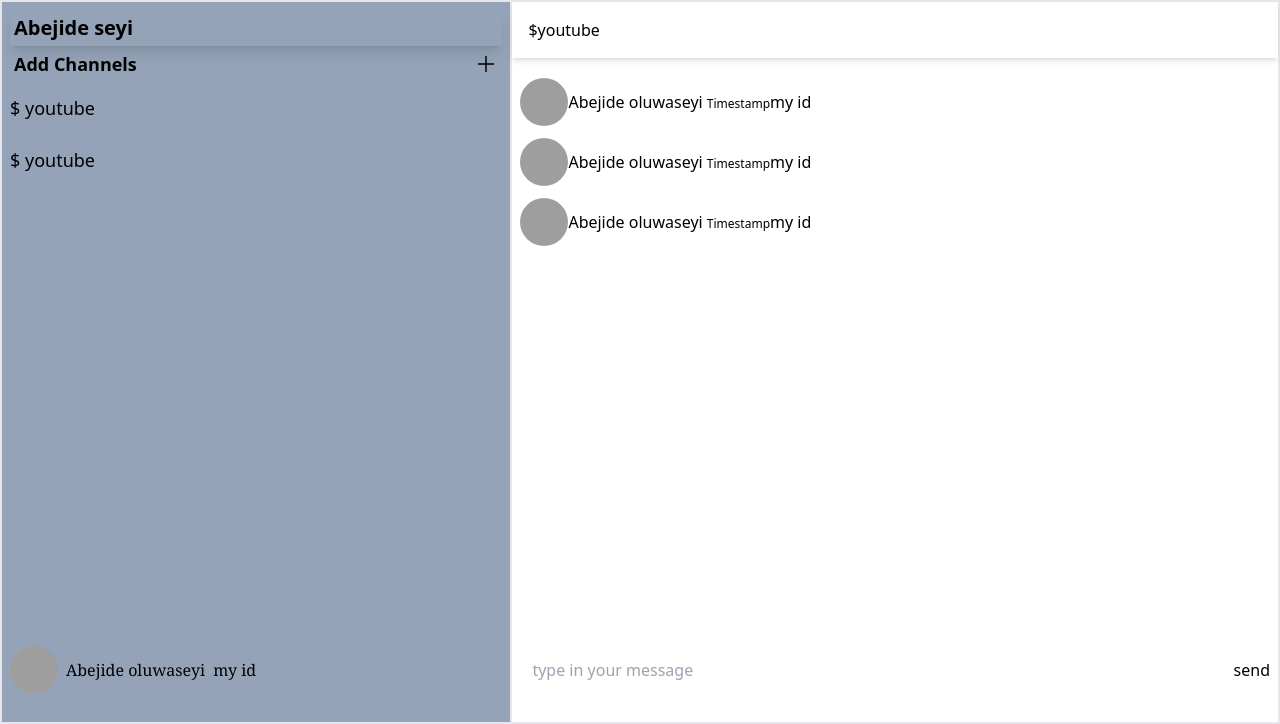
Repository: Semanmernstack/chat-mini
Page: /
An editor plug-in stored every save of this project. The page is shown before and after the next save, followed by the edit.
The browser window is 1280 px wide. The pictures show the whole page.
Pictures or frames that could not be fetched are drawn as grey boxes. The project was rebuilt for these pictures with package versions that can differ from the ones it lists, and the page was loaded fresh each time. Also part of the build but not shown: src/features/counter/Counter.module.css, src/features/counter/Counter.js.

Above is the page before, as saved 2022-11-14 08:21:03.

### src/App.js
import React from 'react';
import logo from './logo.svg';
import { Counter } from './features/counter/Counter';
import Sidebar from './Sidebar';
import Body from './Body';


function App() {
  return (

    <div className="flex     max-w-screen-xl mx-auto border-2">


      <div className=" flex-[0.4] h-screen ">
        <Sidebar/>
      </div>
      <div className=" flex-[0.6] h-screen">
        <Body/>
      </div>
    </div>
  );
}

export default App;

### src/features/counter/counterSlice.js
import { createAsyncThunk, createSlice } from '@reduxjs/toolkit';
import { fetchCount } from './counterAPI';

const initialState = {
  value: 0,
  status: 'idle',
};

// The function below is called a thunk and allows us to perform async logic. It
// can be dispatched like a regular action: `dispatch(incrementAsync(10))`. This
// will call the thunk with the `dispatch` function as the first argument. Async
// code can then be executed and other actions can be dispatched. Thunks are
// typically used to make async requests.
export const incrementAsync = createAsyncThunk(
  'counter/fetchCount',
  async (amount) => {
    const response = await fetchCount(amount);
    // The value we return becomes the `fulfilled` action payload
    return response.data;
  }
);

export const counterSlice = createSlice({
  name: 'counter',
  initialState,
  // The `reducers` field lets us define reducers and generate associated actions
  reducers: {
    increment: (state) => {
      // Redux Toolkit allows us to write "mutating" logic in reducers. It
      // doesn't actually mutate the state because it uses the Immer library,
      // which detects changes to a "draft state" and produces a brand new
      // immutable state based off those changes
      state.value += 1;
    },
    decrement: (state) => {
      state.value -= 1;
    },
    // Use the PayloadAction type to declare the contents of `action.payload`
    incrementByAmount: (state, action) => {
      state.value += action.payload;
    },
  },
  // The `extraReducers` field lets the slice handle actions defined elsewhere,
  // including actions generated by createAsyncThunk or in other slices.
  extraReducers: (builder) => {
    builder
      .addCase(incrementAsync.pending, (state) => {
        state.status = 'loading';
      })
      .addCase(incrementAsync.fulfilled, (state, action) => {
        state.status = 'idle';
        state.value += action.payload;
      });
  },
});

export const { increment, decrement, incrementByAmount } = counterSlice.actions;

// The function below is called a selector and allows us to select a value from
// the state. Selectors can also be defined inline where they're used instead of
// in the slice file. For example: `useSelector((state: RootState) => state.counter.value)`
export const selectCount = (state) => state.counter.value;

// We can also write thunks by hand, which may contain both sync and async logic.
// Here's an example of conditionally dispatching actions based on current state.
export const incrementIfOdd = (amount) => (dispatch, getState) => {
  const currentValue = selectCount(getState());
  if (currentValue % 2 === 1) {
    dispatch(incrementByAmount(amount));
  }
};

export default counterSlice.reducer;

### src/Sidebar.js
import React from 'react'
import Sidebarlist from './app/Sidebarlist'

function Sidebar() {
  return (
    <div className="flex flex-col h-screen bg-slate-400  border-r-2 p-2 mb-4">
        <div className="flex-1"  >
        <div className="shadow-lg p-1 text-xl font-extrabold">
            <h1>Abejide seyi</h1>
        </div>
        <div  className="flex p-1   items-center justify-between">
           <h1 className="text-lg font-bold">Add Channels</h1>
           <svg xmlns="http://www.w3.org/2000/svg" fill="none" viewBox="0 0 24 24" strokeWidth={1.5} stroke="currentColor" className="w-6 h-6 cursor-pointer">
                <path strokeLinecap="round" strokeLinejoin="round" d="M12 4.5v15m7.5-7.5h-15" />
            </svg>
        </div>
        <div  >
        <Sidebarlist/>
        <Sidebarlist/>


        </div>


        </div>
        <div className=" flex items-center space-x-2 mb-5 font-serif">
            <img className="h-12 w-12 rounded-full"   src="https://cdn.pixabay.com/photo/2022/10/17/15/55/meditate-7528123__340.jpg" alt="img" />
            <h3>Abejide oluwaseyi</h3>
            <span>my id</span>
        </div>


    </div>
  )
}

export default Sidebar

### src/Body.js
import React from 'react'
import BodyHeader from './BodyHeader'
import Message from './Message'

function Body() {
  return (
    <div className="flex flex-col h-screen  ">
        <div className="flex-1 ">
        <BodyHeader/>
        <div className="my-3" >
            <Message/>
            <Message/>
            <Message/>
        </div>
        </div>
        <div className="mb-5">
        <form className=" flex p-2 space-x-2 ">
            <input className="flex-1 w-[100%] outline-none p-3 border-none" type="text" placeholder='type in your message' />
            <button>send</button>
        </form>
        </div>
    </div>
  )
}

export default Body

### src/app/Sidebarlist.js
import React from 'react'

function Sidebarlist() {
  return (
    <div className="flex items-center justify-between">
        <h2 className="my-3 text-lg">
         $   <span>youtube</span>
        </h2>
    </div>
  )
}

export default Sidebarlist

### src/BodyHeader.js
import React from 'react'

function BodyHeader() {
  return (
    <div className=" shadow-md mb-5   p-4">


            <h1 >$youtube</h1>





    </div>
  )
}

export default BodyHeader

### src/Message.js
import React from 'react'

function Message() {
  return (
    <div className=" flex items-center mx-2 my-3  ">
            <img className="h-12 w-12 rounded-full"   src="https://cdn.pixabay.com/photo/2022/10/17/15/55/meditate-7528123__340.jpg" alt="img" />
            <h3 className="m-x-3">Abejide oluwaseyi <span className="text-xs">Timestamp</span>  </h3>
            <span>my id</span>
        </div>
  )
}

export default Message

Loaded but not shown: public/index.html (common file); src/index.js (common file); src/app/store.js (common file); src/reportWebVitals.js (common file); src/index.css (common file); src/features/counter/counterAPI.js (common file); tailwind.config.js (common file)

After the next save:
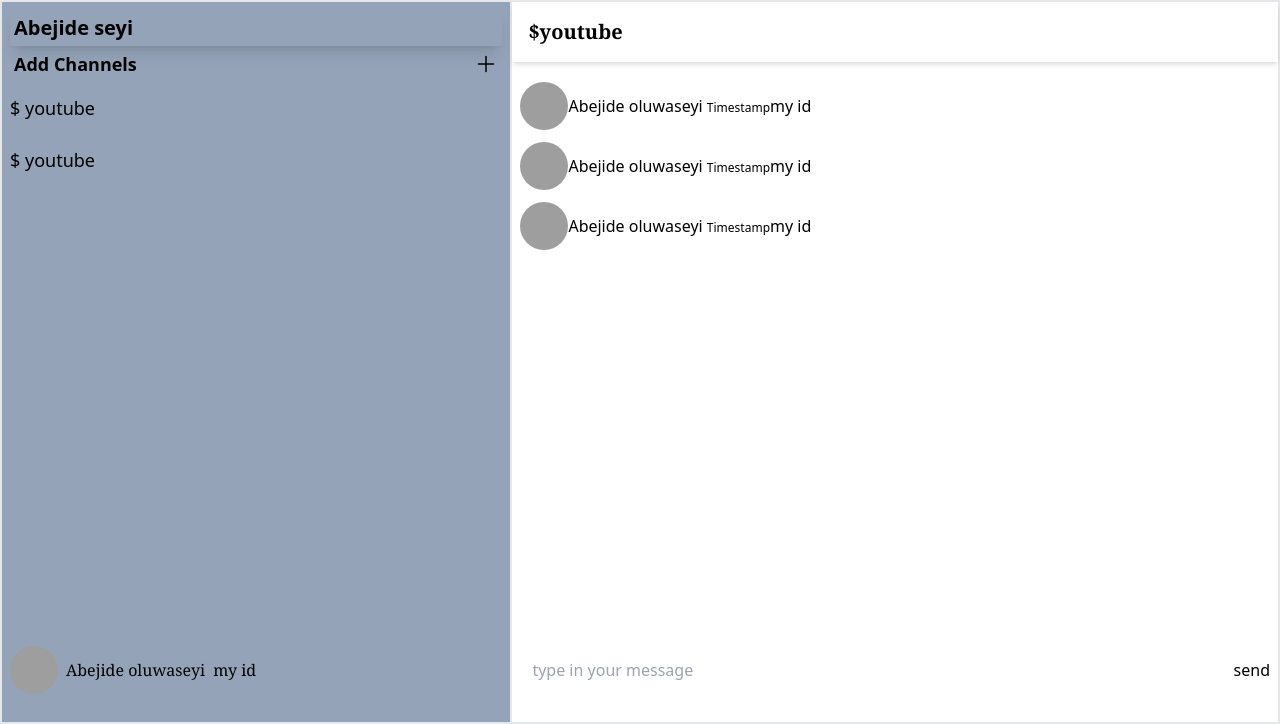
Saved 70 s later.
--- a/src/BodyHeader.js
+++ b/src/BodyHeader.js
@@ -2,7 +2,7 @@ import React from 'react'
 
 function BodyHeader() {
   return (
-    <div className=" shadow-md mb-5   p-4">
+    <div className=" shadow-md mb-5 text-xl font-serif font-extrabold   p-4">
 
 
             <h1 >$youtube</h1>
